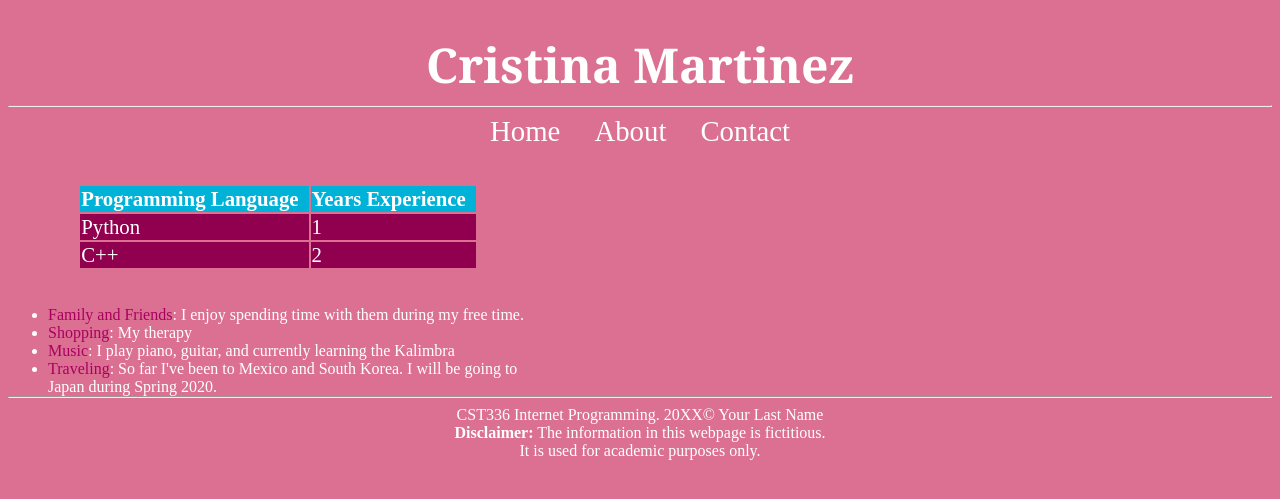
Repository: ctm93/Website1
Page: about.html
The author's editor kept a record of every edit. The page is drawn from the files as they stood at one moment, then again after the next edit.
The browser window is 1280 px wide. The pictures show the whole page.

Above is the page before.

After the next edit:
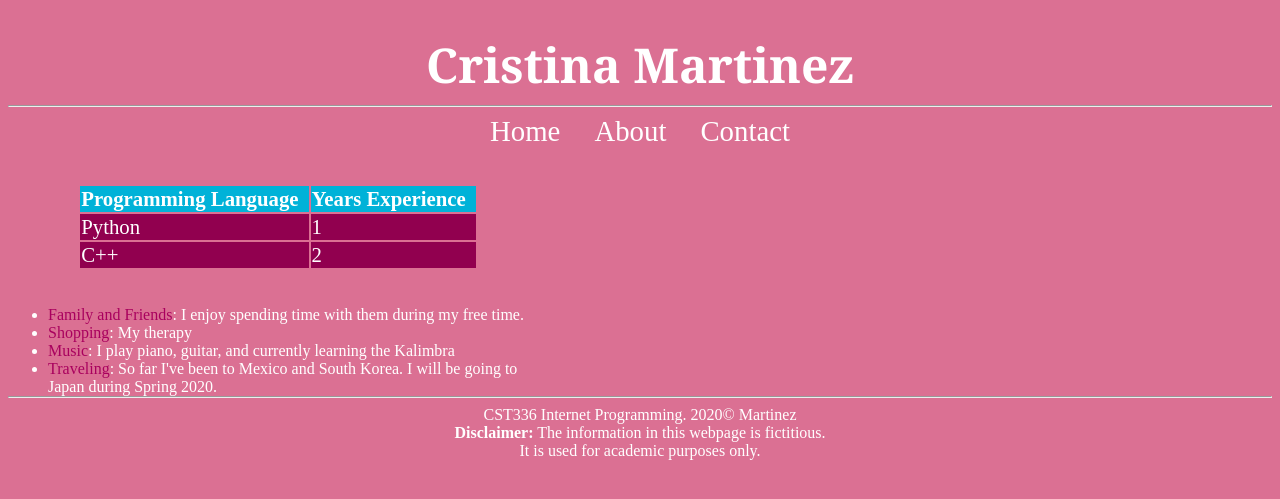
The edit:
--- a/about.html
+++ b/about.html
@@ -46,7 +46,7 @@
         </div><br><br>
         <footer>
              <hr />
-             CST336 Internet Programming. 20XX&copy; Your Last Name <br />
+             CST336 Internet Programming. 2020&copy; Martinez <br />
              <strong>Disclaimer:</strong> The information in this webpage is fictitious. <br />
              It is used for academic purposes only.
         </footer>
